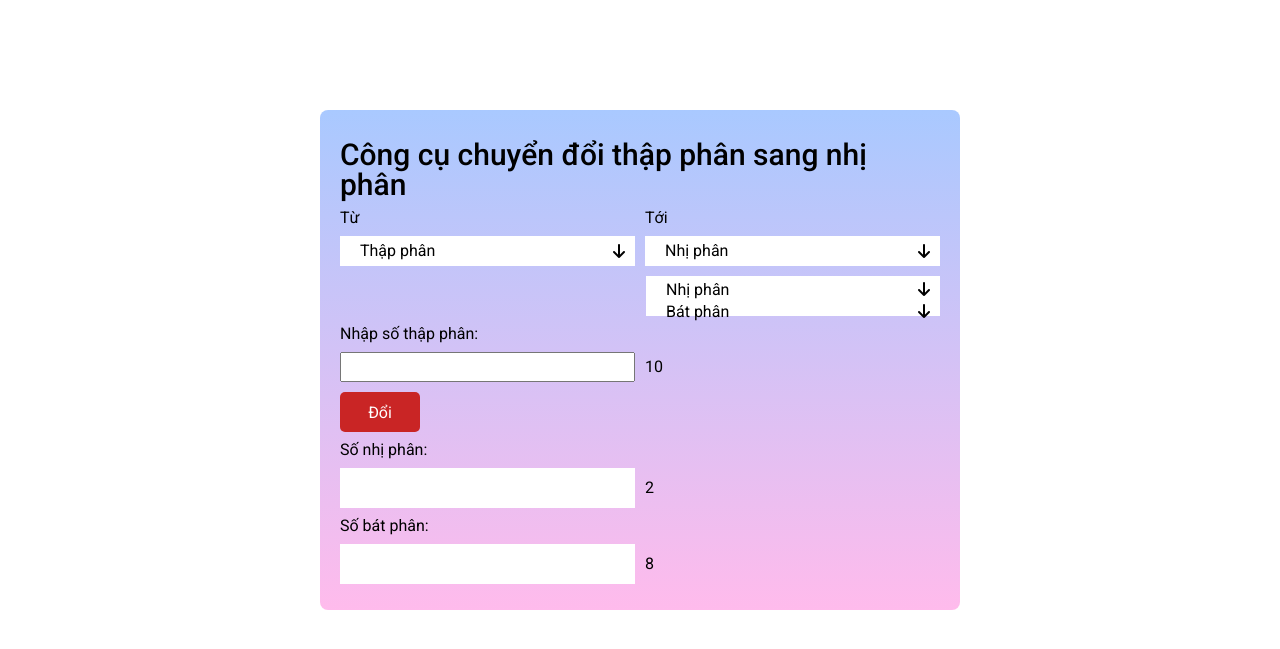
Repository: thuanpham00/covertNumber
Page: index.html
An editor plug-in stored every save of this project. The page is shown before and after the next save, followed by the edit.
The browser window is 1280 px wide. The pictures show the whole page.
Some web libraries are served in a nearby version. The style sheet was rebuilt from its Sass, Less or Tailwind sources for each picture, by a compiler version that may differ from the author's.

Above is the page before, as saved 2023-11-05 16:48:14.
Console error: TypeError: Cannot read properties of null (reading 'addEventListener')

### index.html
<!DOCTYPE html>
<html lang="en">
    <head>
        <meta charset="UTF-8" />
        <meta name="viewport" content="width=device-width, initial-scale=1.0" />
        <title>Convert Number</title>
        <link rel="stylesheet" href="./assets/css/main.css" />
        <link rel="preconnect" href="https://fonts.googleapis.com" />
        <link rel="preconnect" href="https://fonts.gstatic.com" crossorigin />
        <link
            href="https://fonts.googleapis.com/css2?family=Roboto:wght@400;500;700;900&display=swap"
            rel="stylesheet"
        />
        <script src="https://kit.fontawesome.com/3115b3f4f1.js"></script>
    </head>
    <body>
        <div class="container">
            <h1 class="title">Công cụ chuyển đổi thập phân sang nhị phân</h1>
            <div class="row">
                <span class="row__desc">Từ</span>
                <span class="row__desc">Tới</span>
            </div>
            <div class="row">
                <div class="row__type">
                    <div class="row__item">Thập phân</div>
                    <div class="row__icon">
                        <i class="fa-solid fa-arrow-down"></i>
                    </div>
                </div>

                <div class="row__type">
                    <div class="row__item">Nhị phân</div>
                    <div class="row__icon">
                        <i class="fa-solid fa-arrow-down"></i>
                    </div>
                </div>
            </div>
            <div class="list">
                <div class="list__item">
                    <div class="row__item">Nhị phân</div>
                    <div class="row__icon">
                        <i class="fa-solid fa-arrow-down"></i>
                    </div>
                </div>
                <div class="list__item">
                    <div class="row__item">Bát phân</div>
                    <div class="row__icon">
                        <i class="fa-solid fa-arrow-down"></i>
                    </div>
                </div>
            </div>
            <div class="container__wrapper">
                <div class="desc">Nhập số thập phân:</div>
                <form class="form" autocomplete="off">
                    <div class="row">
                        <input
                            type="text"
                            class="form__input"
                            name="numberInput"
                            required
                        />
                        <span>10</span>
                    </div>
                    <input type="submit" class="form__submit" value="Đổi" />
                </form>

                <div class="desc">Số nhị phân:</div>
                <div class="row">
                    <div class="result">
                        <span class="result__inner"></span>
                    </div>
                    <span>2</span>
                </div>
                <div class="desc">Số bát phân:</div>
                <div class="row">
                    <div class="result">
                        <span class="result__inner inner-2"></span>
                    </div>
                    <span>8</span>
                </div>
            </div>
        </div>

        <script src="./main.js"></script>
    </body>
</html>

### main.js
// // phần nguyên: integerPart
// // phần thập phân: decimalPart
window.addEventListener("load", function () {
    function convertDecimalToBinary(number) {
        let binary = [];
        let integerPart = Math.floor(number); // làm tròn xuống
        let decimalPart = number - integerPart;

        while (integerPart > 0) {
            let number1 = integerPart % 2;
            binary.unshift(number1);
            integerPart = Math.floor(integerPart / 2);
        }
        if (decimalPart > 0) {
            binary.push(".");

            let min = 0;
            let max = 16;
            while (decimalPart > 0 && min < max) {
                decimalPart = decimalPart * 2;
                let digit = Math.floor(decimalPart);
                binary.push(digit);
                decimalPart = decimalPart - digit;
                min++;
            }
        }
        return binary.join(""); // 8.625 (10) -> 1000.101 (2)
    }

    function convertDecimalToOctal(number) {
        let binary = [];
        let integerPart = Math.floor(number); // làm tròn xuống
        let decimalPart = number - integerPart;

        while (integerPart > 0) {
            let number1 = integerPart % 8;
            binary.unshift(number1);
            integerPart = Math.floor(integerPart / 8);
        }
        if (decimalPart > 0) {
            binary.push(".");

            let min = 0;
            let max = 16;
            while (decimalPart > 0 && min < max) {
                decimalPart = decimalPart * 8;
                let digit = Math.floor(decimalPart);
                binary.push(digit);
                decimalPart = decimalPart - digit;
                min++;
            }
        }
        return binary.join(""); // 11.25 (10) -> 13.2 (8)
    }
    const result = document.querySelector(".result__inner");
    const result2 = document.querySelector(".result__inner.inner-2");
    const form = document.querySelector(".form");
    form.addEventListener("submit", function (e) {
        e.preventDefault();
        const input = parseFloat(this.elements["numberInput"].value);
        result.textContent = convertDecimalToBinary(input);
        result2.textContent = convertDecimalToOctal(input);
    });

    const listType = document.querySelector(".row__list")
    listType.addEventListener("click", function(e) {
        const typeItem = e.target.querySelector(".row__type.type-2")
        typeItem.classList.add("type")
    })
});

### scss/main.scss
html,
body,
div,
span,
applet,
object,
iframe,
h1,
h2,
h3,
h4,
h5,
h6,
p,
blockquote,
pre,
a,
abbr,
acronym,
address,
big,
cite,
code,
del,
dfn,
em,
img,
ins,
kbd,
q,
s,
samp,
small,
strike,
strong,
sub,
sup,
tt,
var,
b,
u,
i,
center,
dl,
dt,
dd,
ol,
ul,
li,
fieldset,
form,
label,
legend,
table,
caption,
tbody,
tfoot,
thead,
tr,
th,
td,
article,
aside,
canvas,
details,
embed,
figure,
figcaption,
footer,
header,
hgroup,
menu,
nav,
output,
ruby,
section,
summary,
time,
mark,
audio,
video {
    margin: 0;
    padding: 0;
    border: 0;
    font-size: 100%;
    font: inherit;
    vertical-align: baseline;
}
/* HTML5 display-role reset for older browsers */
article,
aside,
details,
figcaption,
figure,
footer,
header,
hgroup,
menu,
nav,
section {
    display: block;
}
body {
    line-height: 1;
}
ol,
ul {
    list-style: none;
}
blockquote,
q {
    quotes: none;
}
blockquote:before,
blockquote:after,
q:before,
q:after {
    content: "";
    content: none;
}
table {
    border-collapse: collapse;
    border-spacing: 0;
}

*,
::after,
::before {
    box-sizing: border-box;
}

html {
    font-size: 62.5%;
}

body {
    background: #fff;
    font-size: 1.6rem;
    font-family: "Roboto", sans-serif;
}

input,
select,
textarea,
button {
    font-size: inherit;
    font-family: inherit;
}

.container {
    background-color: #a9c9ff;
    background-image: linear-gradient(180deg, #a9c9ff 0%, #ffbbec 100%);

    border-radius: 8px;
    padding: 10px 20px;
    height: 500px;
    position: absolute;
    top: 50%;
    left: 50%;
    transform: translate(-50%, -50%);

    .title {
        margin-top: 20px;
        font-size: 3rem;
        font-weight: 500;
    }

    .row {
        margin-top: 10px;
        display: grid;
        align-items: center;
        grid-template-columns: 1fr 1fr;
        column-gap: 10px;

        .row__type {
            display: flex;
            align-items: center;
            justify-content: space-between;
            padding-left: 20px;
            padding-right: 10px;
            height: 30px;
            width: 100%;
            background: #fff;

            pointer-events: none;

            > i {
                font-size: 0.6rem;
            }
        }

        .result {
            width: 100%;
            height: 40px;
            background: #fff;
            display: flex;
            align-items: center;
            padding-left: 20px;
        }
    }

    .desc {
        margin-top: 10px;
    }

    .form__input {
        height: 30px;
        padding: 5px 0px 5px 20px;
        outline: none;
    }

    .form__submit {
        margin-top: 10px;
        width: 80px;
        height: 40px;
        border-radius: 5px;
        background: #c92525;
        color: #fff;
        outline: none;
        border: none;
    }
}

.list {
    margin-left: auto;
    margin-top: 10px;
    padding-top: 5px;
    height: 40px;
    width: 49%;
    background: #fff;

    .list__item {
        margin-bottom: 5px;
        display: flex;
        align-items: center;
        justify-content: space-between;
        padding-left: 20px;
        padding-right: 10px;
    }
}

After the next save:
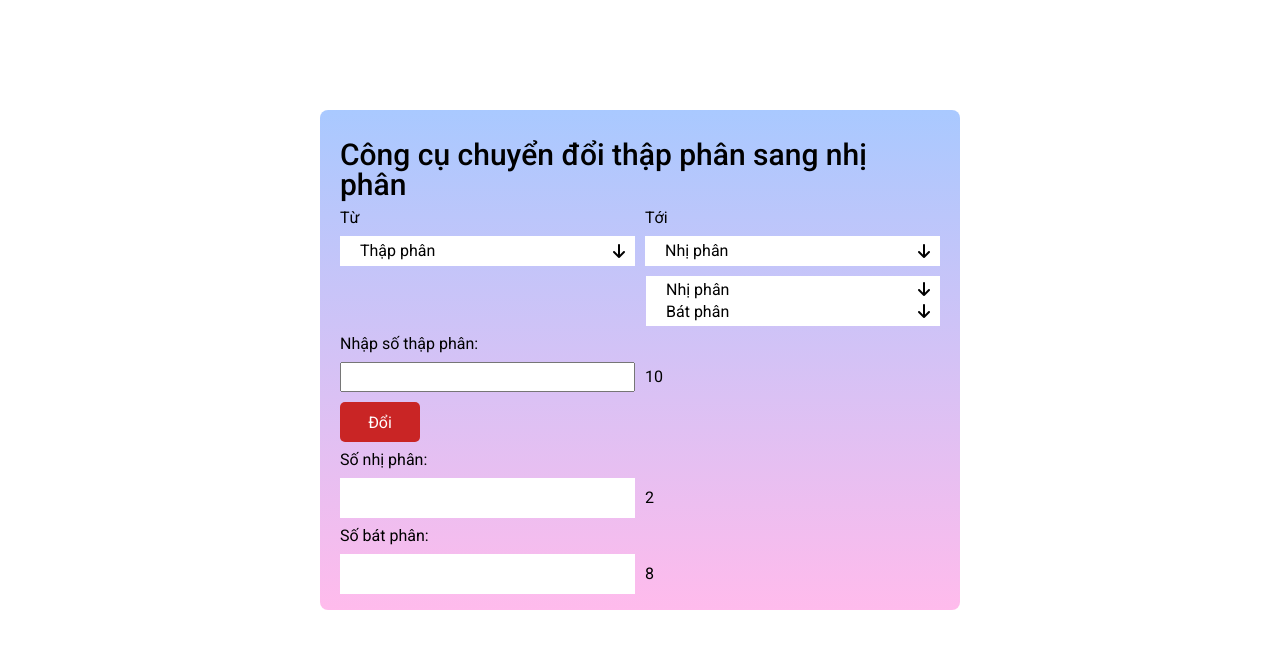
Saved 5 s later.
--- a/scss/main.scss
+++ b/scss/main.scss
@@ -225,7 +225,7 @@ button {
     margin-left: auto;
     margin-top: 10px;
     padding-top: 5px;
-    height: 40px;
+    height: 50px;
     width: 49%;
     background: #fff;
 
